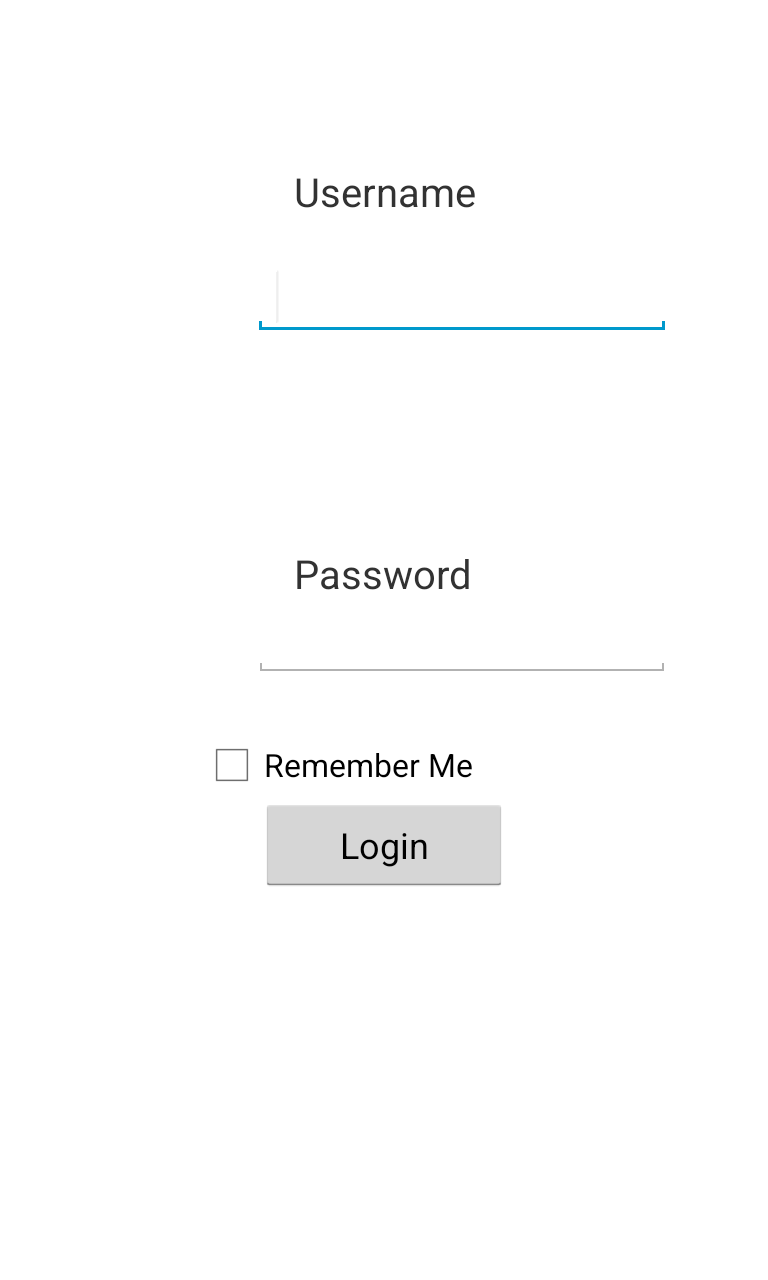
Repository: emeryduh/AndroidProject
Layout: client/TeamJonesProject/res/layout/activity_login.xml
These files come from the project's save history. The layout is drawn as it stood at one moment and after the next save; the edit follows.
It is drawn on a 768 x 1280 px phone screen (xhdpi) without system bars, with theme AppTheme; the app's code is not run.

Above is the layout before, as saved 2014-10-01 01:15:56.

### client/TeamJonesProject/res/layout/activity_login.xml
<RelativeLayout xmlns:android="http://schemas.android.com/apk/res/android"
    xmlns:tools="http://schemas.android.com/tools"
    android:layout_width="match_parent"
    android:layout_height="match_parent"
    android:paddingBottom="@dimen/activity_vertical_margin"
    android:paddingLeft="@dimen/activity_horizontal_margin"
    android:paddingRight="@dimen/activity_horizontal_margin"
    android:paddingTop="@dimen/activity_vertical_margin"
    tools:context="com.comp313.LoginActivity" >

    <EditText
        android:id="@+id/password_field"
        android:layout_width="wrap_content"
        android:layout_height="wrap_content"
        android:layout_alignParentRight="true"
        android:layout_centerVertical="true"
        android:layout_marginRight="32dp"
        android:ems="10"
        android:inputType="textPassword" />

    <EditText
        android:id="@+id/username_field"
        android:layout_width="wrap_content"
        android:layout_height="wrap_content"
        android:layout_alignRight="@+id/password_field"
        android:layout_below="@+id/username_text"
        android:layout_marginTop="20dp"
        android:ems="10"
        android:inputType="textAutoComplete" >

        <requestFocus />
    </EditText>

    <TextView
        android:id="@+id/username_text"
        android:layout_width="wrap_content"
        android:layout_height="wrap_content"
        android:layout_alignLeft="@+id/password_text"
        android:layout_alignParentTop="true"
        android:layout_marginTop="66dp"
        android:text="@string/username_text"
        android:textSize="20sp" />

    <CheckBox
        android:id="@+id/rememberMeCheckBox"
        android:layout_width="wrap_content"
        android:layout_height="wrap_content"
        android:layout_alignRight="@+id/password_text"
        android:layout_below="@+id/password_field"
        android:layout_marginTop="27dp"
        android:text="@string/rememberMe_text" />

    <TextView
        android:id="@+id/password_text"
        android:layout_width="wrap_content"
        android:layout_height="wrap_content"
        android:layout_above="@+id/password_field"
        android:layout_centerHorizontal="true"
        android:text="@string/password_text"
        android:textSize="20sp" />

    <Button
        android:id="@+id/loginButton"
        android:layout_width="250px"
        android:layout_height="wrap_content"
        android:layout_below="@+id/rememberMeCheckBox"
        android:layout_centerHorizontal="true"
        android:text="@string/login_text" />

    <LinearLayout
        android:id="@+id/linearLayout_header"
        android:layout_width="wrap_content"
        android:layout_height="wrap_content"
        android:layout_alignParentLeft="true"
        android:layout_alignParentTop="true"
        android:orientation="vertical" >
    </LinearLayout>

    <LinearLayout
        android:id="@+id/linearLayout_body"
        android:layout_width="wrap_content"
        android:layout_height="wrap_content"
        android:layout_alignLeft="@+id/linearLayout_header"
        android:layout_below="@+id/linearLayout_header"
        android:orientation="vertical" >
    </LinearLayout>

    <LinearLayout
        android:id="@+id/linearLayout_footer"
        android:layout_width="wrap_content"
        android:layout_height="wrap_content"
        android:layout_alignParentBottom="true"
        android:layout_alignParentLeft="true"
        android:layout_marginBottom="50dp"
        android:orientation="vertical" >
    </LinearLayout>

</RelativeLayout>

### client/TeamJonesProject/res/values/dimens.xml
<resources>

    <!-- Default screen margins, per the Android Design guidelines. -->
    <dimen name="activity_horizontal_margin">16dp</dimen>
    <dimen name="activity_vertical_margin">16dp</dimen>

    <!-- Chat Activity Configuration -->
    <dimen name="chatbox_min_height">15dp</dimen>
    <dimen name="chatbox_max_height">150dp</dimen>
    <dimen name="chatbox_min_width">15dp</dimen>
    <dimen name="chatbox_max_width">150dp</dimen>
</resources>

### client/TeamJonesProject/res/values/strings.xml
<?xml version="1.0" encoding="utf-8"?>
<resources>

    <string name="app_name">CentChat</string>
    <string name="action_settings">Settings</string>

    <!-- Chat screen text -->
    <string name="btnSend_text">Send</string>
    <string name="default_text">Welcome to CentChat!</string>
    <string name="default_clientType_text">Type a message here.</string>
    <string name="title_activity_login">LoginActivity</string>
    <string name="hello_world">Hello world!</string>

    <!-- Login screen text -->
    <string name="username_text">Username</string>
    <string name="password_text">Password</string>
    <string name="rememberMe_text">Remember Me</string>
    <string name="login_text">Login</string>
    <string name="title_activity_registration">RegistrationActivity</string>

    <!-- Registration screen text -->
    <string name="username_registration_text">Username</string>
    <string name="email_registration_text">E-mail</string>
    <string name="password_registration_text">Password</string>
    <string name="password_registration_check_text">Re-enter Password</string>
    <string name="submit_registration_text">Submit</string>


</resources>

Loaded but not shown: client/TeamJonesProject/res/values/styles.xml (common file); client/TeamJonesProject/res/values-v11/styles.xml (common file); client/TeamJonesProject/res/values-v14/styles.xml (common file); client/TeamJonesProject/res/values-w820dp/dimens.xml (common file)

After the next save:
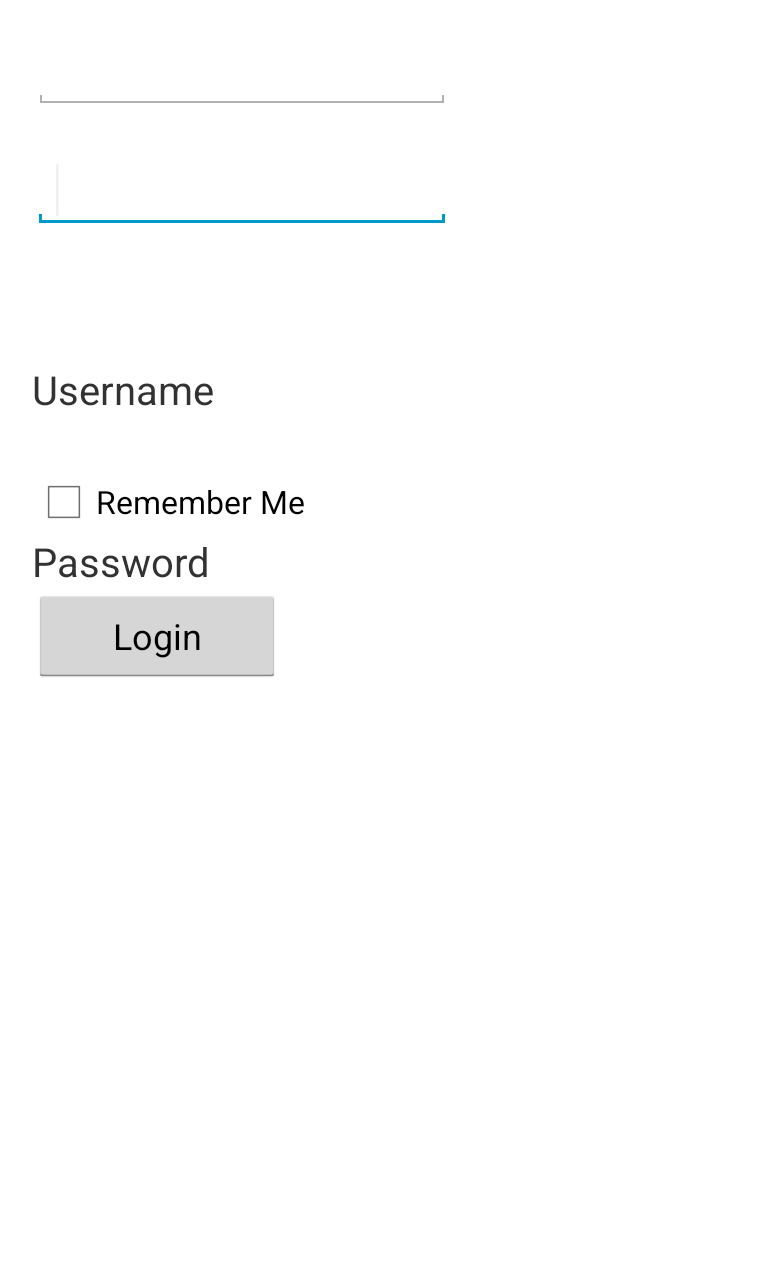
Saved 33 s later.
--- a/client/TeamJonesProject/res/layout/activity_login.xml
+++ b/client/TeamJonesProject/res/layout/activity_login.xml
@@ -7,65 +7,6 @@
     android:paddingRight="@dimen/activity_horizontal_margin"
     android:paddingTop="@dimen/activity_vertical_margin"
     tools:context="com.comp313.LoginActivity" >
-
-    <EditText
-        android:id="@+id/password_field"
-        android:layout_width="wrap_content"
-        android:layout_height="wrap_content"
-        android:layout_alignParentRight="true"
-        android:layout_centerVertical="true"
-        android:layout_marginRight="32dp"
-        android:ems="10"
-        android:inputType="textPassword" />
-
-    <EditText
-        android:id="@+id/username_field"
-        android:layout_width="wrap_content"
-        android:layout_height="wrap_content"
-        android:layout_alignRight="@+id/password_field"
-        android:layout_below="@+id/username_text"
-        android:layout_marginTop="20dp"
-        android:ems="10"
-        android:inputType="textAutoComplete" >
-
-        <requestFocus />
-    </EditText>
-
-    <TextView
-        android:id="@+id/username_text"
-        android:layout_width="wrap_content"
-        android:layout_height="wrap_content"
-        android:layout_alignLeft="@+id/password_text"
-        android:layout_alignParentTop="true"
-        android:layout_marginTop="66dp"
-        android:text="@string/username_text"
-        android:textSize="20sp" />
-
-    <CheckBox
-        android:id="@+id/rememberMeCheckBox"
-        android:layout_width="wrap_content"
-        android:layout_height="wrap_content"
-        android:layout_alignRight="@+id/password_text"
-        android:layout_below="@+id/password_field"
-        android:layout_marginTop="27dp"
-        android:text="@string/rememberMe_text" />
-
-    <TextView
-        android:id="@+id/password_text"
-        android:layout_width="wrap_content"
-        android:layout_height="wrap_content"
-        android:layout_above="@+id/password_field"
-        android:layout_centerHorizontal="true"
-        android:text="@string/password_text"
-        android:textSize="20sp" />
-
-    <Button
-        android:id="@+id/loginButton"
-        android:layout_width="250px"
-        android:layout_height="wrap_content"
-        android:layout_below="@+id/rememberMeCheckBox"
-        android:layout_centerHorizontal="true"
-        android:text="@string/login_text" />
 
     <LinearLayout
         android:id="@+id/linearLayout_header"
@@ -83,6 +24,65 @@
         android:layout_alignLeft="@+id/linearLayout_header"
         android:layout_below="@+id/linearLayout_header"
         android:orientation="vertical" >
+
+        <EditText
+            android:id="@+id/password_field"
+            android:layout_width="wrap_content"
+            android:layout_height="wrap_content"
+            android:layout_alignParentRight="true"
+            android:layout_centerVertical="true"
+            android:layout_marginRight="32dp"
+            android:ems="10"
+            android:inputType="textPassword" />
+
+        <EditText
+            android:id="@+id/username_field"
+            android:layout_width="wrap_content"
+            android:layout_height="wrap_content"
+            android:layout_alignRight="@+id/password_field"
+            android:layout_below="@+id/username_text"
+            android:layout_marginTop="20dp"
+            android:ems="10"
+            android:inputType="textAutoComplete" >
+
+            <requestFocus />
+        </EditText>
+
+        <TextView
+            android:id="@+id/username_text"
+            android:layout_width="wrap_content"
+            android:layout_height="wrap_content"
+            android:layout_alignLeft="@+id/password_text"
+            android:layout_alignParentTop="true"
+            android:layout_marginTop="66dp"
+            android:text="@string/username_text"
+            android:textSize="20sp" />
+
+        <CheckBox
+            android:id="@+id/rememberMeCheckBox"
+            android:layout_width="wrap_content"
+            android:layout_height="wrap_content"
+            android:layout_alignRight="@+id/password_text"
+            android:layout_below="@+id/password_field"
+            android:layout_marginTop="27dp"
+            android:text="@string/rememberMe_text" />
+
+        <TextView
+            android:id="@+id/password_text"
+            android:layout_width="wrap_content"
+            android:layout_height="wrap_content"
+            android:layout_above="@+id/password_field"
+            android:layout_centerHorizontal="true"
+            android:text="@string/password_text"
+            android:textSize="20sp" />
+
+        <Button
+            android:id="@+id/loginButton"
+            android:layout_width="250px"
+            android:layout_height="wrap_content"
+            android:layout_below="@+id/rememberMeCheckBox"
+            android:layout_centerHorizontal="true"
+            android:text="@string/login_text" />
     </LinearLayout>
 
     <LinearLayout
